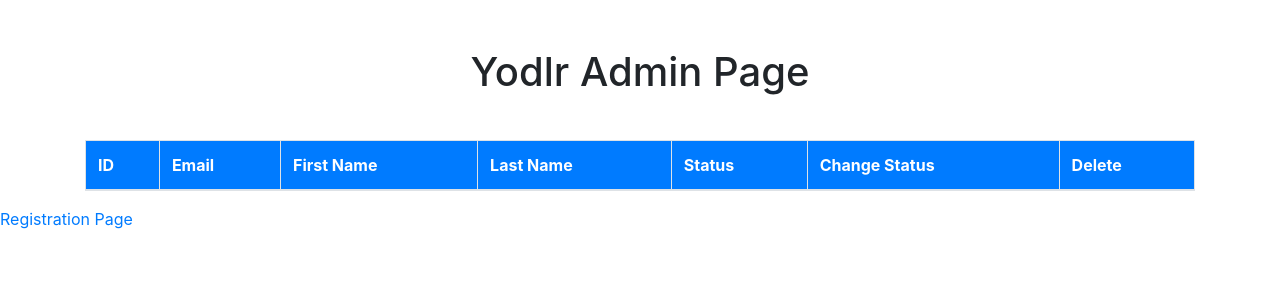
Repository: rmdayberry/yodlr-take-home
Page: public/admin.html
The author's editor kept a copy of each file at every save. The page is drawn from the files as they stood at one save, then again after the next save.
The browser window is 1280 px wide. The pictures show the whole page.
The page's requests for data from a server got no answer.

Above is the page before, as saved 2024-10-09 08:27:06.
Console error: TypeError: Cannot read properties of undefined (reading 'message')

After the next save:
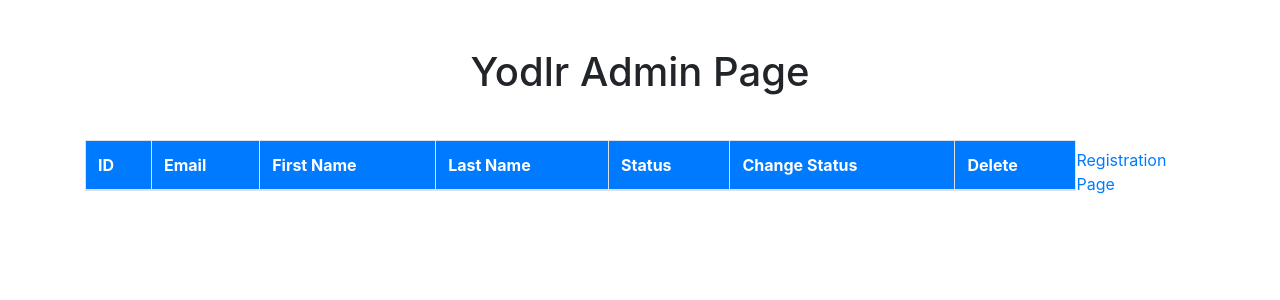
Saved 62 s later.
--- a/public/admin.html
+++ b/public/admin.html
@@ -104,7 +104,8 @@
   <body>
     <div class="container mt-5">
       <h1 class="text-center mb-4">Yodlr Admin Page</h1>
-      <div class= "d-flex justify-content-between align-items-center"></div>
+      <div class= "d-flex justify-content-between align-items-center">
+        <div class="table-responsive">
       <table class= "table table-striped table-bordered table-hover" id="userTable">
         <thead>
           <tr>
